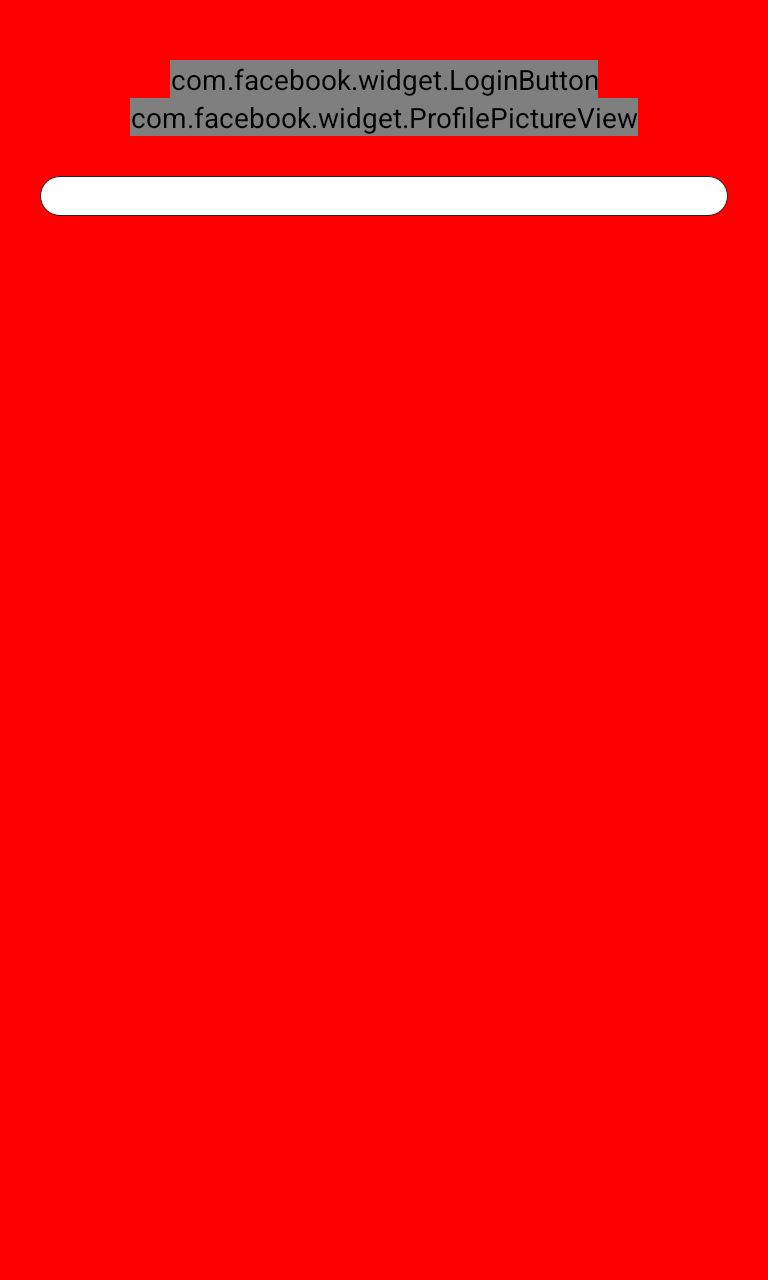
Repository: JordanLor/final_project
Layout: Swipe_Fragments/res/layout/fragment1.xml
These files come from the project's save history. The layout is drawn as it stood at one moment and after the next save; the edit follows.
Pictures or frames that could not be fetched are drawn as grey boxes. It is drawn on a 768 x 1280 px phone screen (xhdpi) without system bars, with theme android:Theme.NoTitleBar.Fullscreen; the app's code is not run. Lists and similar views that code fills are empty.

Above is the layout before, as saved 2014-03-28 18:11:01.

### Swipe_Fragments/res/layout/fragment1.xml
<?xml version="1.0" encoding="utf-8"?>

<LinearLayout xmlns:android="http://schemas.android.com/apk/res/android"
    xmlns:tools="http://schemas.android.com/tools"
    xmlns:facebook="http://schemas.android.com/apk/res-auto"
    android:layout_width="match_parent"
    android:layout_height="match_parent"
    android:orientation="vertical"
    android:background="#FF0000">

    <com.facebook.widget.LoginButton
        android:id="@+id/authButton"
        android:layout_width="wrap_content"
        android:layout_height="wrap_content"
        android:layout_gravity="center_horizontal"
        android:layout_marginTop="30dp"
        />

    <com.facebook.widget.ProfilePictureView
        android:id="@+id/selection_profile_pic"
        android:layout_height="wrap_content"
        android:layout_width="wrap_content"
        android:layout_gravity="center"
        facebook:preset_size="large"
        />

     <ListView
        android:id="@+id/selection_list"
        android:layout_width="fill_parent"
        android:layout_height="wrap_content"
        android:layout_margin="20dp"
        android:background="@drawable/button_border" />



</LinearLayout>

### Swipe_Fragments/res/drawable/button_border.xml
<?xml version="1.0" encoding="utf-8"?>
<shape xmlns:android="http://schemas.android.com/apk/res/android"
    android:shape="rectangle">

    <solid android:color="#FFF" />
	<corners android:radius="10dp" />
	<padding android:bottom="10dp" android:left="10dp"
         android:right="10dp" android:top="10dp" />
	<stroke android:width="1px" android:color="#222" />


</shape>

After the next save:
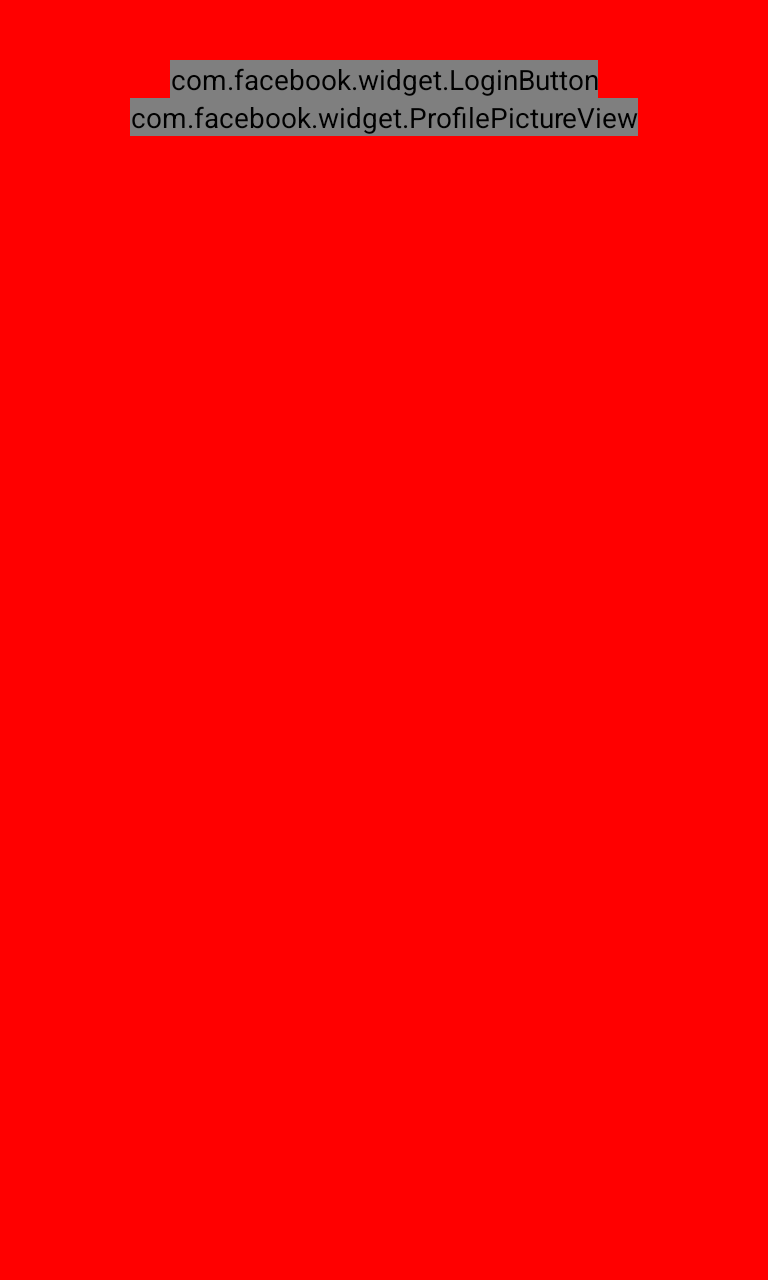
Saved 68 s later.
--- a/Swipe_Fragments/res/layout/fragment1.xml
+++ b/Swipe_Fragments/res/layout/fragment1.xml
@@ -29,7 +29,8 @@
         android:layout_width="fill_parent"
         android:layout_height="wrap_content"
         android:layout_margin="20dp"
-        android:background="@drawable/button_border" />
+        android:background="@drawable/button_border"
+        android:visibility="invisible"/>
 
 
 
